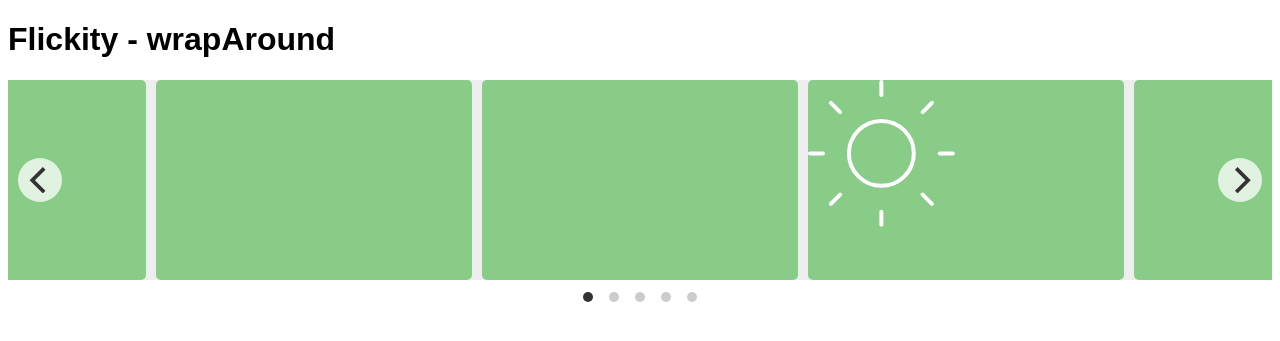
Repository: tongdkhai/Graphic-Art-Mart
Page: test/test.html
These files come from the project's save history. The page is drawn as it stood at one moment and after the next save; the edit follows.
The browser window is 1280 px wide. The pictures show the whole page.

Above is the page before, as saved 2022-10-26 09:09:18.

### test/test.html
<!DOCTYPE html>
<html lang="en">
  <head>
    <meta charset="UTF-8" />
    <meta http-equiv="X-UA-Compatible" content="IE=edge" />
    <meta name="viewport" content="width=device-width, initial-scale=1.0" />
    <title>Document</title>
    <link
      rel="stylesheet"
      href="https://unpkg.com/flickity@2.3.0/dist/flickity.css"
    />

  </head>
  <body>
<h1>Flickity - wrapAround</h1>

<!-- Flickity HTML init -->
<div class="carousel"
  data-flickity='{ "wrapAround": true }'>
  <div class="carousel-cell">

  </div>
  <div class="carousel-cell"> <svg
                xmlns="http://www.w3.org/2000/svg"
                width="146.788"
                height="146.788"
                viewBox="0 0 146.788 146.788"
                class="Application--item-img"
              >
                <defs>
                  <style>
                    .cls-1 {
                      fill: none;
                      stroke: #fff;
                      stroke-linecap: round;
                      stroke-linejoin: round;
                      stroke-width: 4px;
                    }
                  </style>
                </defs>
                <g id="sun" transform="translate(2 2)">
                  <ellipse
                    id="Ellipse_164"
                    data-name="Ellipse 164"
                    class="cls-1"
                    cx="32.452"
                    cy="32.452"
                    rx="32.452"
                    ry="32.452"
                    transform="translate(38.942 38.943)"
                  />
                  <line
                    id="Line_576"
                    data-name="Line 576"
                    class="cls-1"
                    y2="12.981"
                    transform="translate(71.394 0)"
                  />
                  <line
                    id="Line_577"
                    data-name="Line 577"
                    class="cls-1"
                    y2="12.981"
                    transform="translate(71.394 129.808)"
                  />
                  <line
                    id="Line_578"
                    data-name="Line 578"
                    class="cls-1"
                    x2="9.216"
                    y2="9.216"
                    transform="translate(20.899 20.9)"
                  />
                  <line
                    id="Line_579"
                    data-name="Line 579"
                    class="cls-1"
                    x2="9.216"
                    y2="9.216"
                    transform="translate(112.673 112.674)"
                  />
                  <line
                    id="Line_580"
                    data-name="Line 580"
                    class="cls-1"
                    x2="12.981"
                    transform="translate(0 71.395)"
                  />
                  <line
                    id="Line_581"
                    data-name="Line 581"
                    class="cls-1"
                    x2="12.981"
                    transform="translate(129.807 71.395)"
                  />
                  <line
                    id="Line_582"
                    data-name="Line 582"
                    class="cls-1"
                    y1="9.216"
                    x2="9.216"
                    transform="translate(20.899 112.674)"
                  />
                  <line
                    id="Line_583"
                    data-name="Line 583"
                    class="cls-1"
                    y1="9.216"
                    x2="9.216"
                    transform="translate(112.673 20.9)"
                  />
                </g>
              </svg></div>
  <div class="carousel-cell"></div>
  <div class="carousel-cell"></div>
  <div class="carousel-cell"></div>
</div>
<style>
  /* external css: flickity.css */

* { box-sizing: border-box; }

body { font-family: sans-serif; }

.carousel {
  background: #EEE;
}

.carousel-cell {
  width: 25%;
  height: 200px;
  margin-right: 10px;
  background: #8C8;
  border-radius: 5px;
  counter-increment: carousel-cell;
}

/* cell number */


</style>

    <script type="text/javascript" src="https://unpkg.com/flickity@2.3.0/dist/flickity.pkgd.min.js"></script>
  </body>
</html>

After the next save:
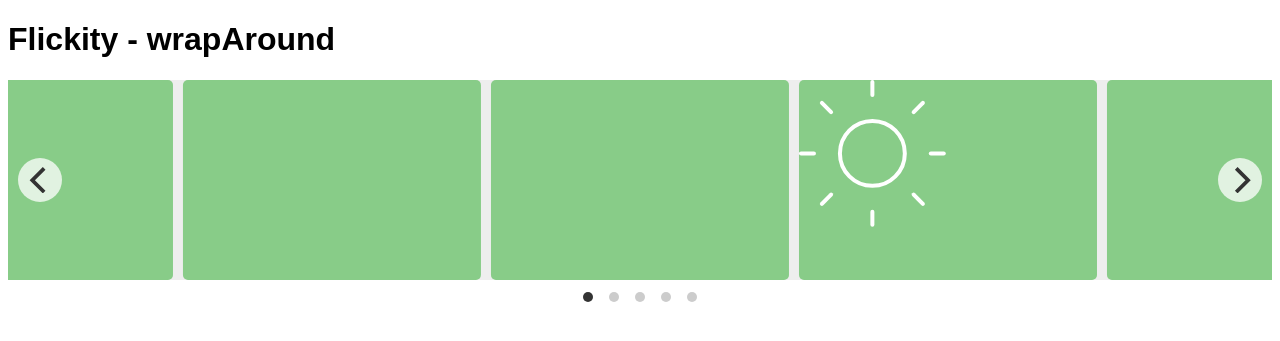
Saved 107 s later.
--- a/test/test.html
+++ b/test/test.html
@@ -127,7 +127,7 @@ body { font-family: sans-serif; }
 }
 
 .carousel-cell {
-  width: 25%;
+  width: calc((100% - 72px)/4);
   height: 200px;
   margin-right: 10px;
   background: #8C8;
